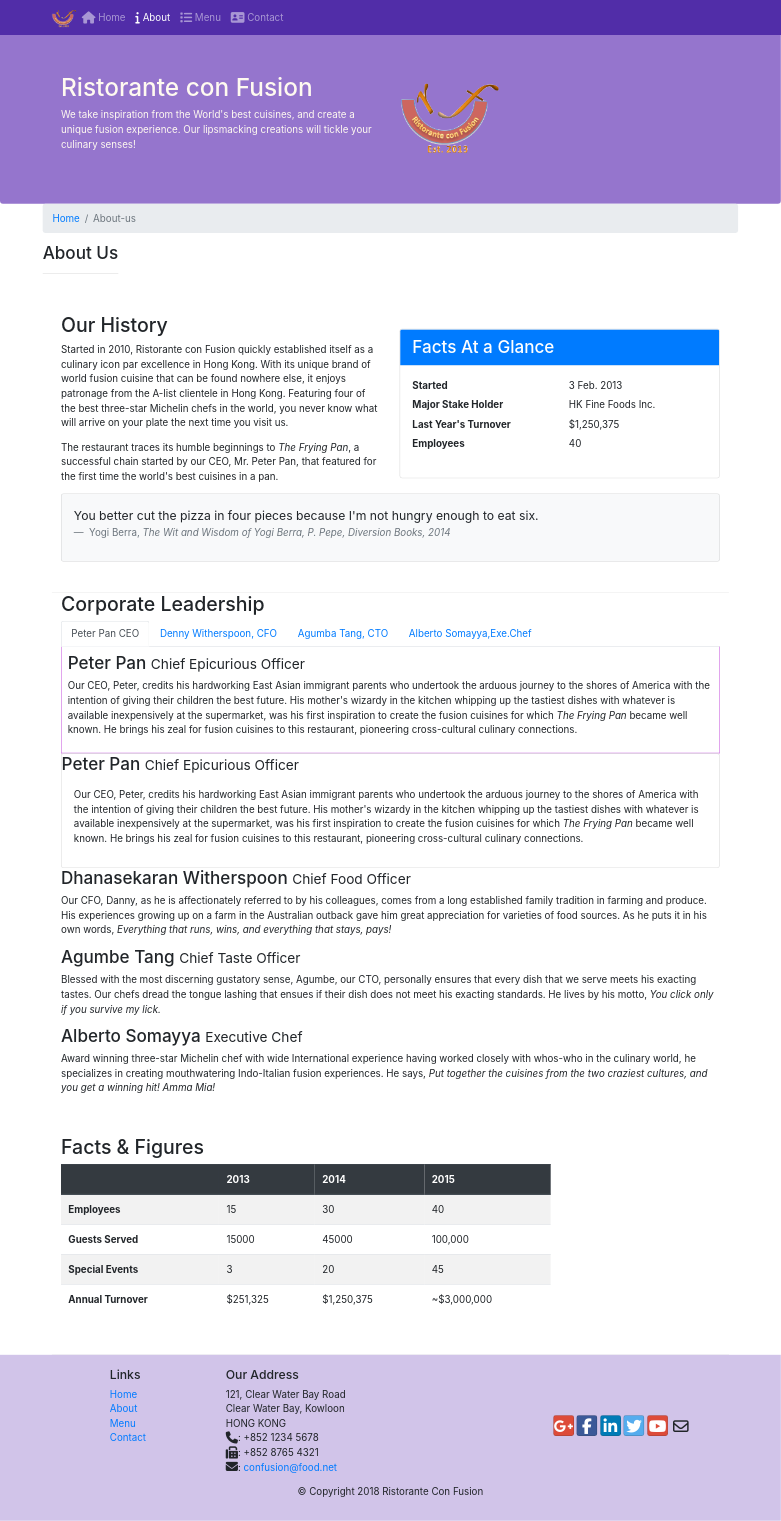
Repository: Samkiroko/Boostrap_intro
Page: about-us.html
These files come from the project's save history. The page is drawn as it stood at one moment and after the next save; the edit follows.
The browser window is 1280 px wide. The pictures show the whole page, at 61% of full size.
Some web libraries are served in a nearby version.

Above is the page before, as saved 2020-02-05 11:28:14.

After the next save:
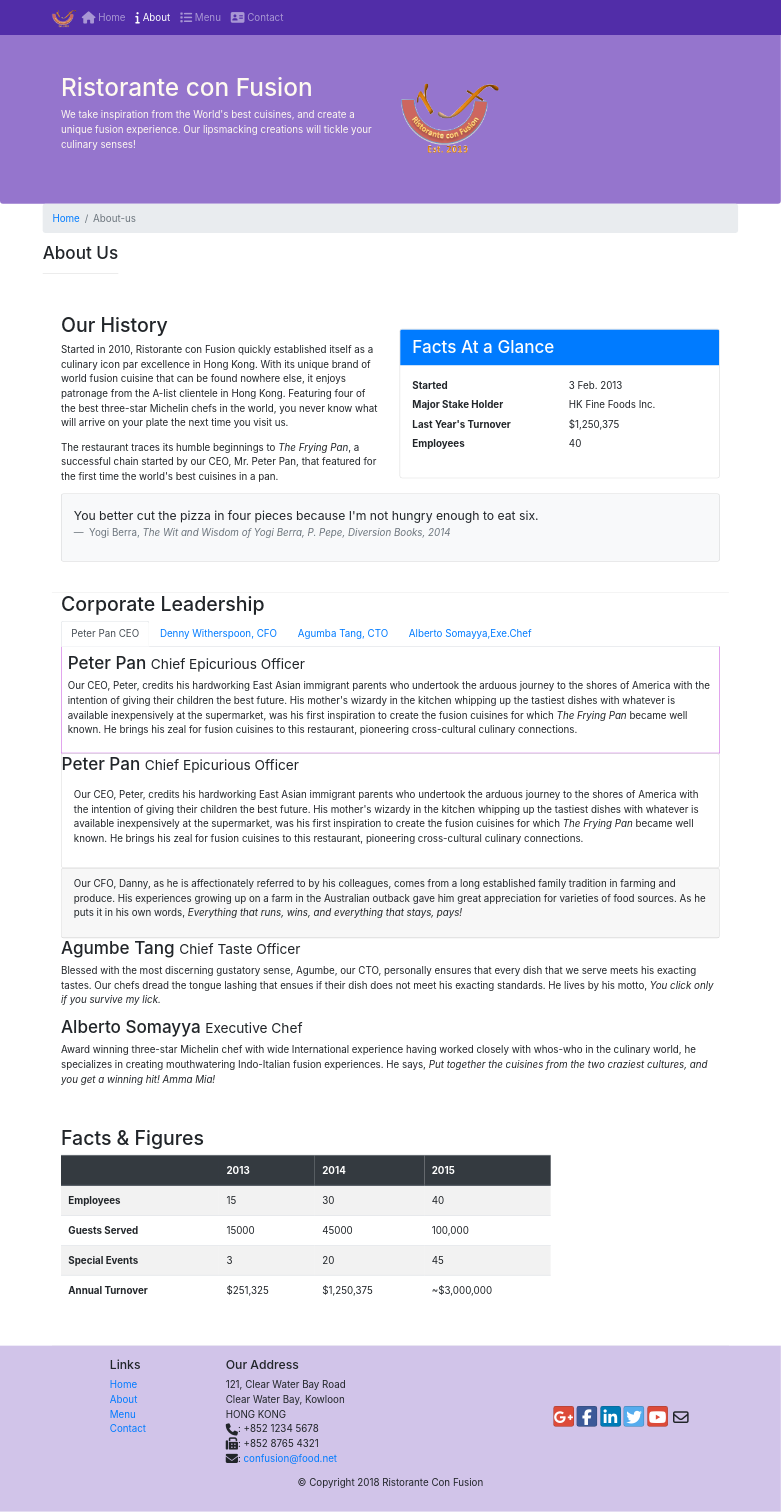
Saved 6 min 56 s later.
--- a/about-us.html
+++ b/about-us.html
@@ -262,10 +262,10 @@
 
             </div>
             </div>
-
-            <div role="tabpanel" class="tab-pane fade show " id="danny">
-              <h3>
-                Dhanasekaran Witherspoon <small>Chief Food Officer</small>
+            <div class="card">
+            <div class="card-header" role="tab" id="dannyhead">
+              <h3 class="mb-0">
+                <a class="collapse" data-toggle="collapse" data-target="#danny">Dhanasekaran Witherspoon <small>Chief Food Officer</small></a>
               </h3>
               <p class="d-none d-sm-block">
                 Our CFO, Danny, as he is affectionately referred to by his
@@ -278,6 +278,7 @@
                   pays!</em
                 >
               </p>
+            </div>
             </div>
             <div role="tabpanel" class="tab-pane fade show " id="agumba">
               <h3>Agumbe Tang <small>Chief Taste Officer</small></h3>
